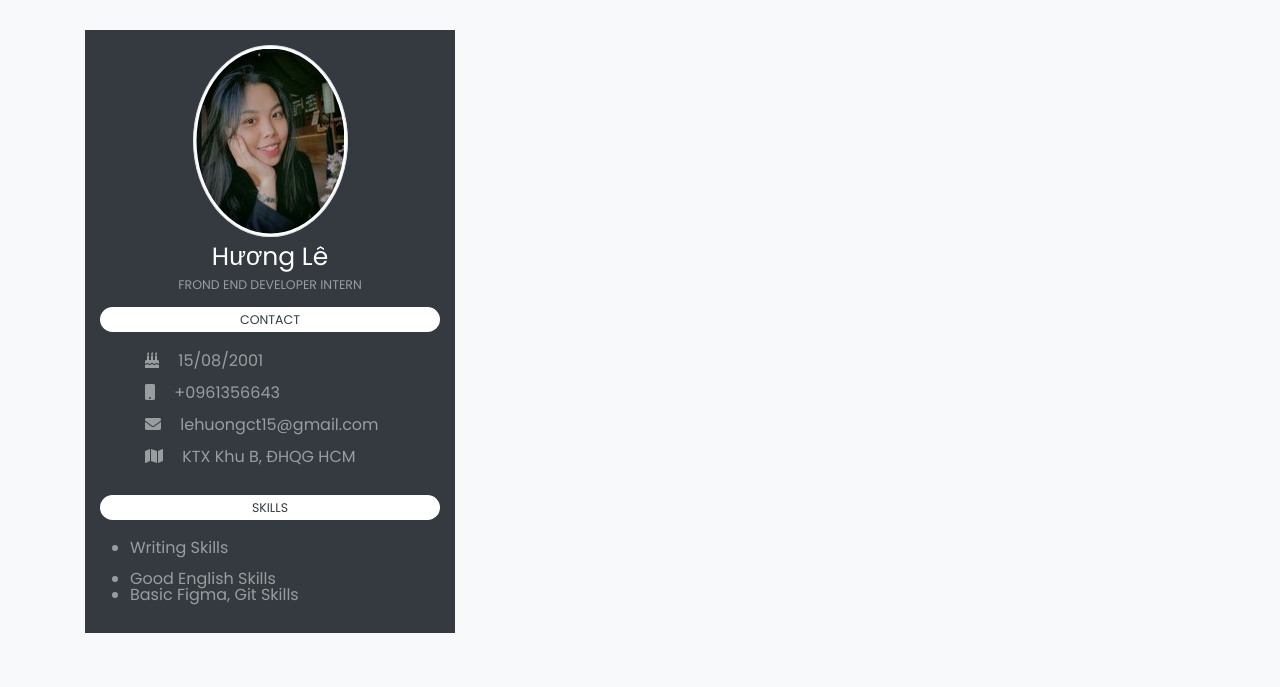
Repository: huongle158/cvhuongle
Page: index.html
The author's editor kept a copy of each file at every save. The page is drawn from the files as they stood at one save, then again after the next save.
The browser window is 1280 px wide. The pictures show the whole page.
Some web libraries are served in a nearby version.

Above is the page before, as saved 2021-12-12 23:36:01.

After the next save:
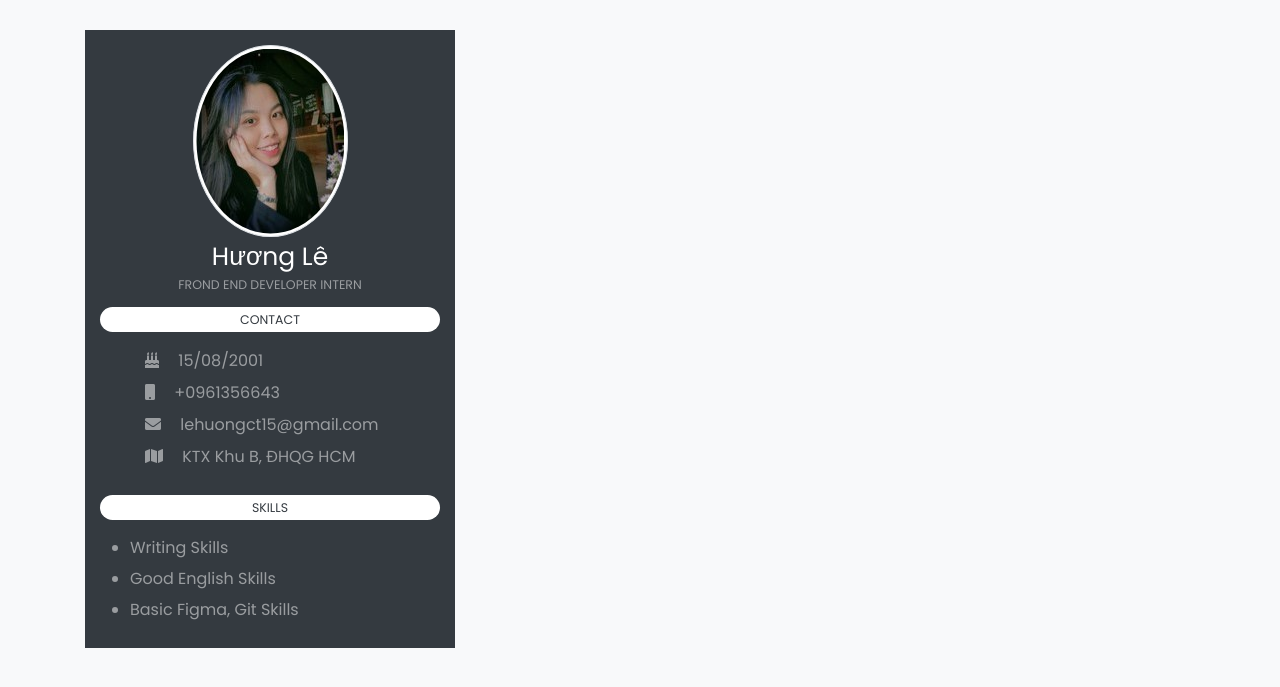
Saved 9 s later.
--- a/index.html
+++ b/index.html
@@ -65,7 +65,7 @@
               <h5 class="text-uppercase bg-white text-dark py-2 rounded-pill mb-4" >skills</h5>
               <ul class="list text-white-50 ml-5 py-2 text-left text-capitalize">
                 <li class="list-item mb-4">Writing skills</li>
-                <li class="list-item">Good English skills</li>
+                <li class="list-item mb-4">Good English skills</li>
                 <li class="list-item">Basic Figma, Git skills</li>
               </ul>
           </div>
